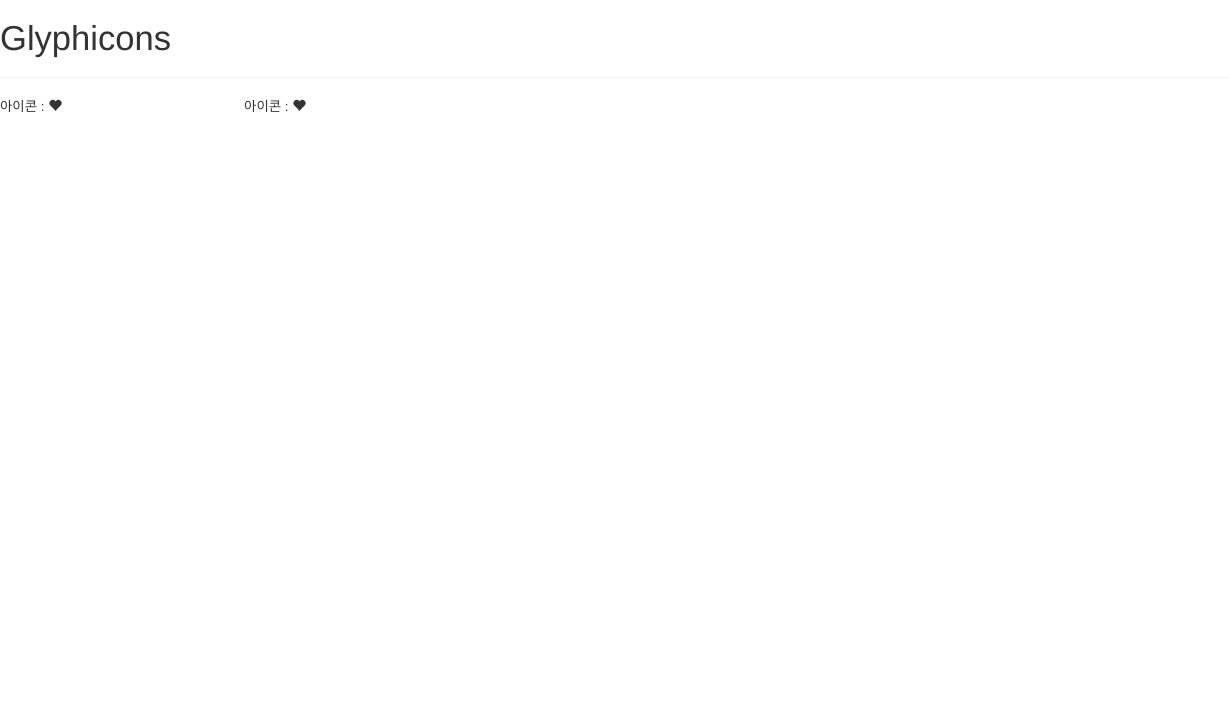
Repository: Umkimisstrong/UM_Webbb
Page: BootstrapApp/WebContent/BootEx08.html
These files come from the project's save history. The page is drawn as it stood at one moment and after the next save; the edit follows.
The browser window is 1280 px wide. The pictures show the whole page, at 96% of full size.

Above is the page before, as saved 2022-05-16 05:21:10.

### BootstrapApp/WebContent/BootEx08.html
<!DOCTYPE html>
<html>
<head>
<meta charset="UTF-8">
<title>BootEx08.html</title>

<link rel="stylesheet" type="text/css" href="css/bootstrap.css">
<script type="text/javascript" src="http://code.jquery.com/jquery.min.js"></script>
<script type="text/javascript" src="js/bootstrap.min.js"></script>


<!-- 추가 check!! -->
<link rel="stylesheet" type="text/css" href="css/bootstrap-theme.css">

</head>
<body>

<div>
	<h1>Glyphicons</h1>
	<hr />
</div>

<div>
	아이콘 : <span class="glyphicon glyphicon-heart" style="width: 200px;"></span>
	아이콘 : <span class="glyphicon glyphicon-heart" style="height: 200px;"></span>
</div>
<br /><br />



























<br />
<br />
<br />
<br />
<br />
<br />
<br />
<br />
<br />
<br />
<br />
<br />
<br />
<br />
<br />
<br />
<br />
<br />
<br />
<br />









</body>
</html>

Loaded but not shown: BootstrapApp/WebContent/css/bootstrap.css (library); BootstrapApp/WebContent/js/bootstrap.min.js (library); BootstrapApp/WebContent/css/bootstrap-theme.css (library)

After the next save:
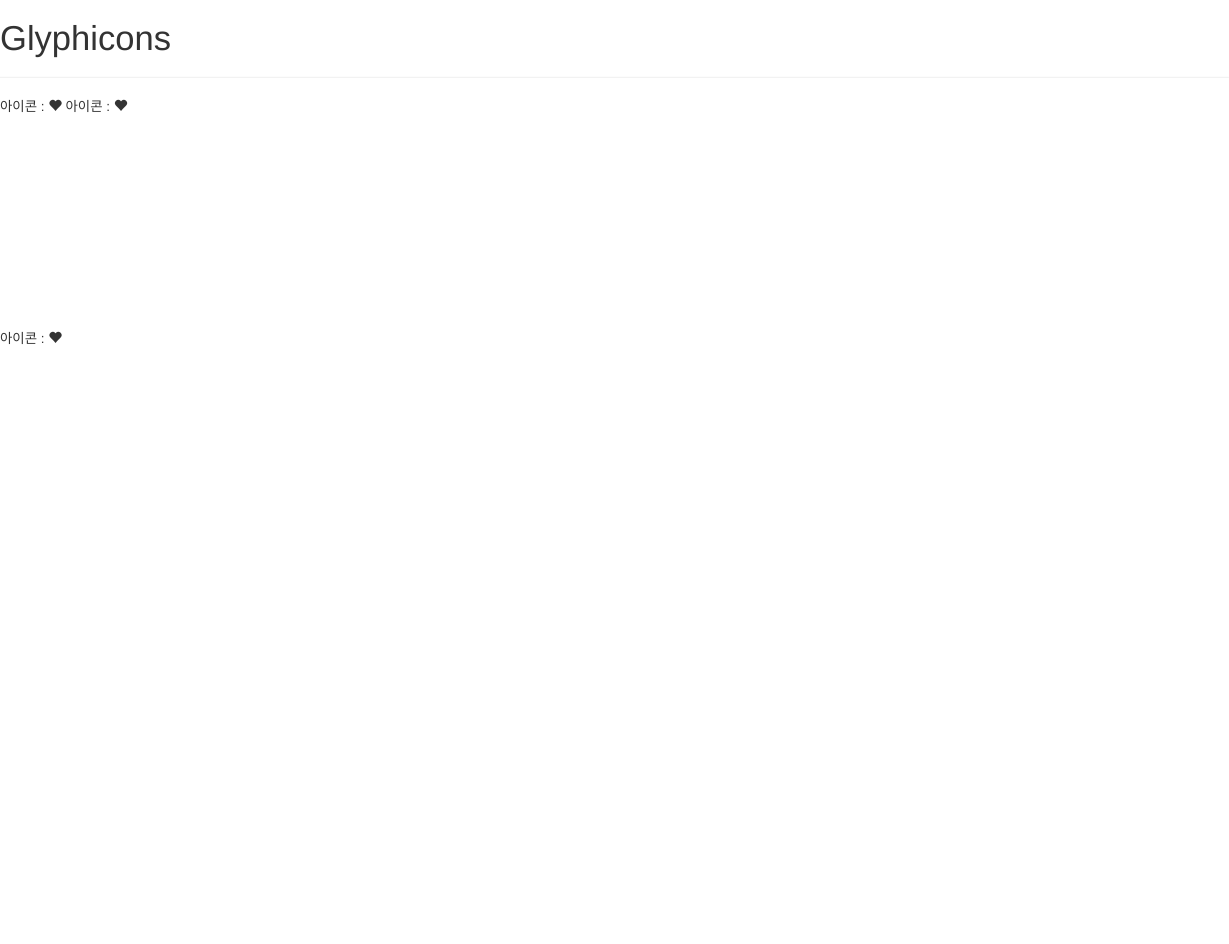
Saved 13 s later.
--- a/BootstrapApp/WebContent/BootEx08.html
+++ b/BootstrapApp/WebContent/BootEx08.html
@@ -21,7 +21,11 @@
 </div>
 
 <div>
-	아이콘 : <span class="glyphicon glyphicon-heart" style="width: 200px;"></span>
+	아이콘 : <span class="glyphicon glyphicon-heart"></span>
+	아이콘 : <span class="glyphicon glyphicon-heart" style="height: 200px;"></span>
+</div>
+<br /><br />
+<div>
 	아이콘 : <span class="glyphicon glyphicon-heart" style="height: 200px;"></span>
 </div>
 <br /><br />
